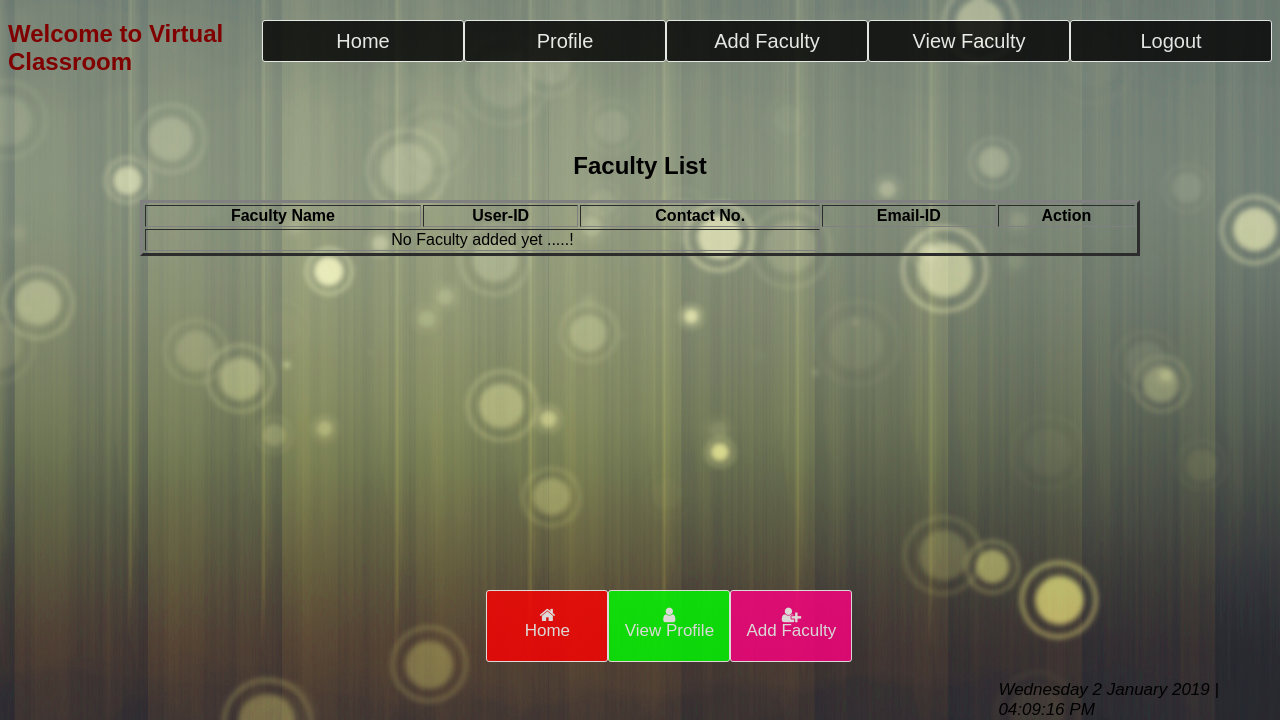
Repository: Rajendra1998/Virtual_classroom_mvc_project
Page: http://localhost/Virtual_classroom/display_faculty.jsp
These files come from the project's save history. The page is drawn as it stood at one moment and after the next save; the edit follows.
The browser window is 1280 px wide. The pictures show the whole page.
The page is served by Tomcat 9. The template is opened directly, without the code that normally fills it, so the values that code supplies are empty.

Above is the page before, as saved 2019-01-13 17:54:55.

After the next save:
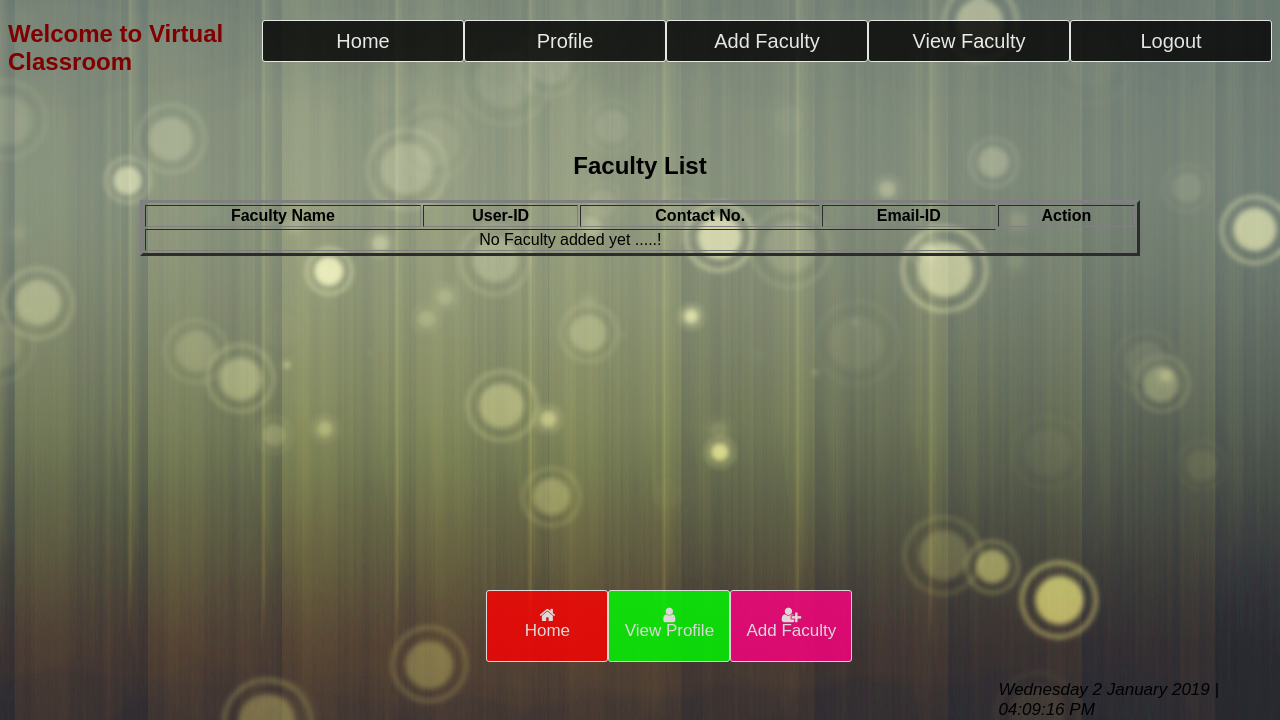
Saved 1 s later.
--- a/Virtual_classroom/WebContent/display_faculty.jsp
+++ b/Virtual_classroom/WebContent/display_faculty.jsp
@@ -203,7 +203,7 @@
                    } else { %>
                   <tr>
 
-                     <td colspan="3" align="center"><span id="noFiles">No Faculty added yet .....!</span></td>
+                     <td colspan="4" align="center"><span id="noFiles">No Faculty added yet .....!</span></td>
 
                   </tr>
 
